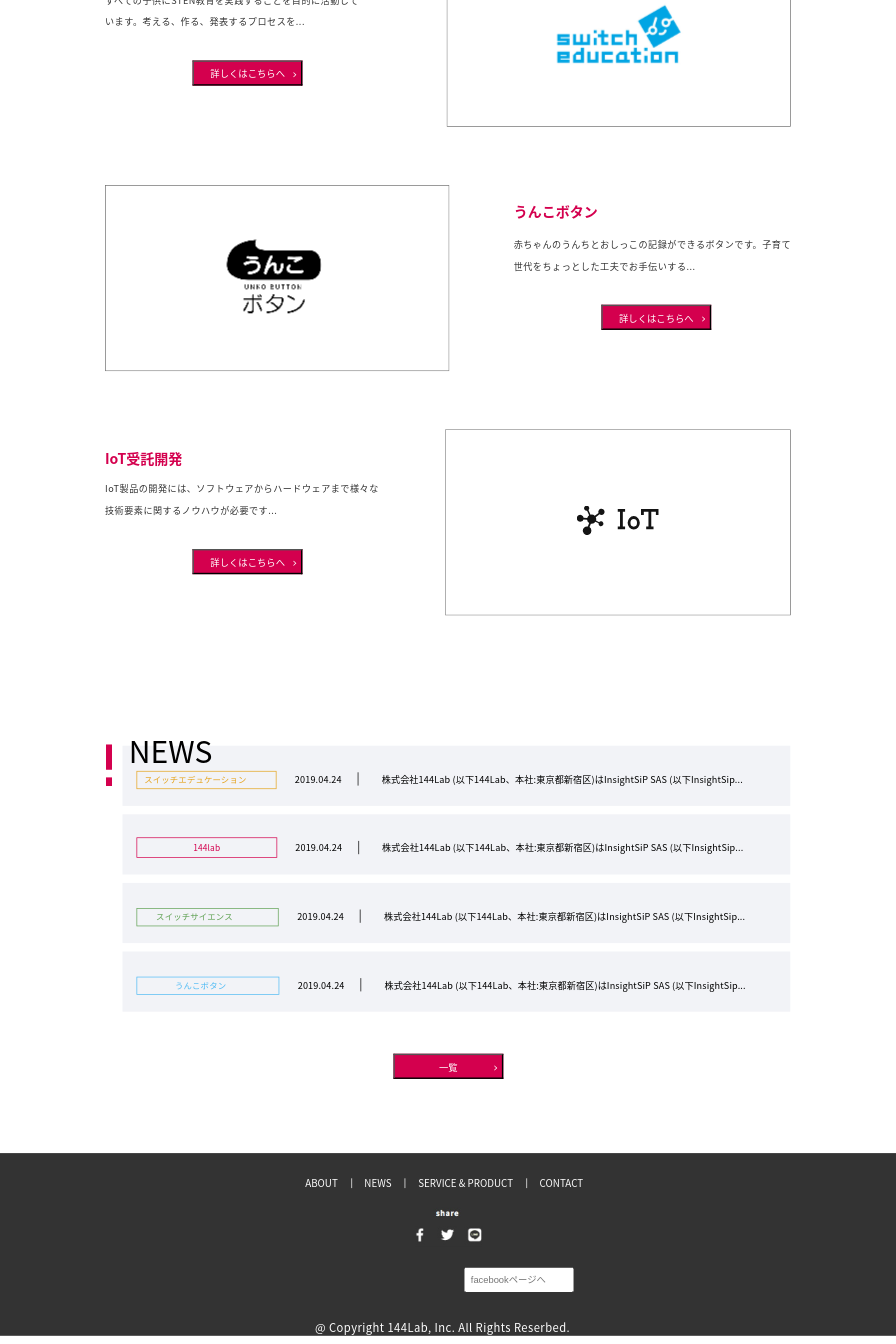
Repository: ppmp556/light-up-git
Page: index.html
An editor plug-in stored every save of this project. The page is shown before and after the next save, followed by the edit.
The browser window is 1280 px wide. The pictures show the part of the page from y = 2046 to 3966 px (the page is 3966 px tall), at 70% of full size.

Above is the page before, as saved 2019-12-27 21:05:21.

After the next save:
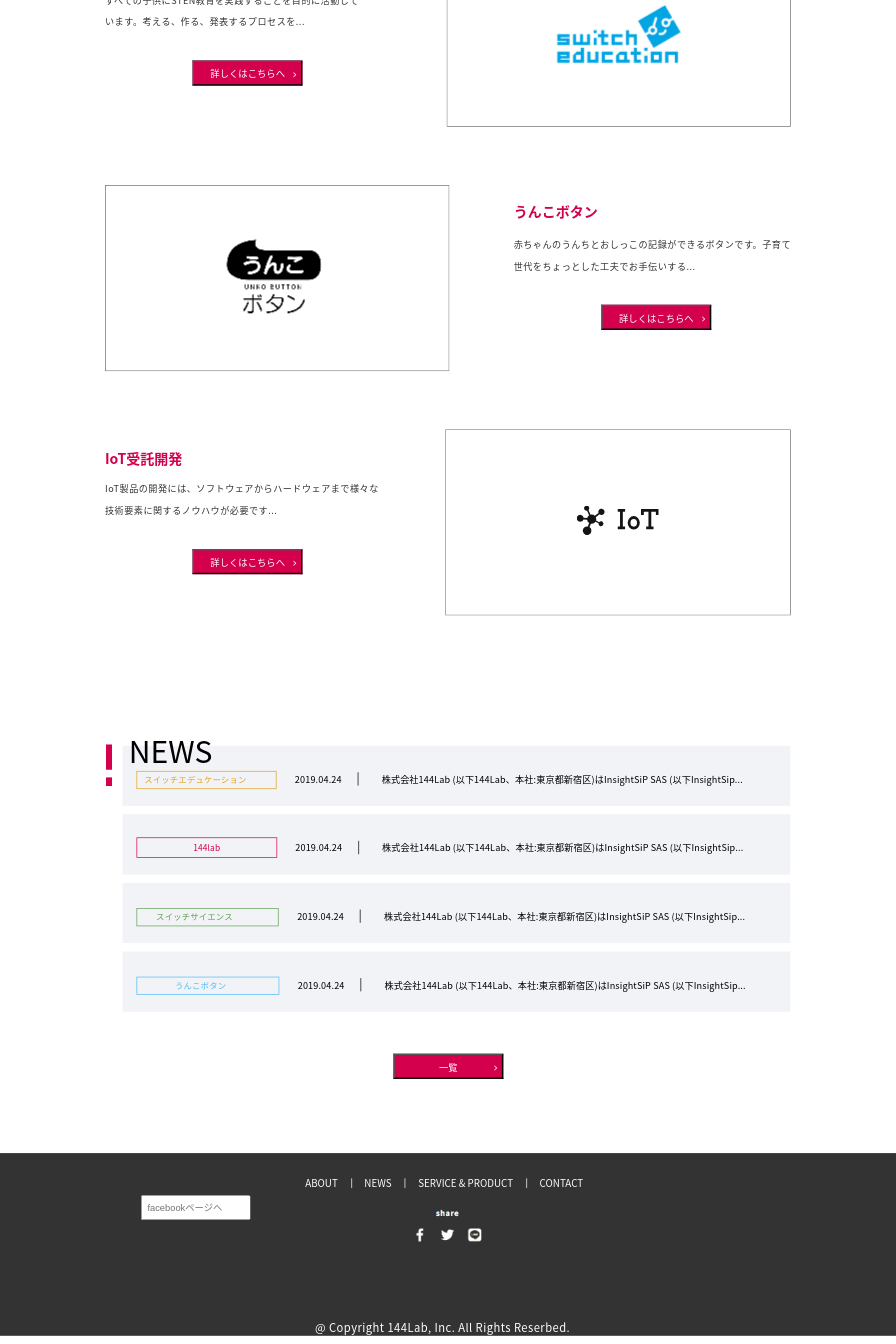
Saved 5 min 13 s later.
--- a/main.css/main.css
+++ b/main.css/main.css
@@ -672,8 +672,7 @@
     position: relative;
     width: 157.12px;
     height: 35.8px;
-    top: 102.9px;
-    left: 462px;
+
 }
 
 
